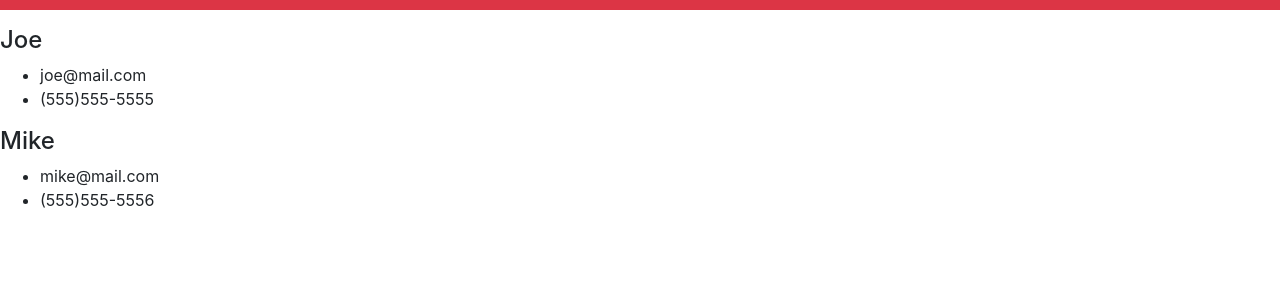
Repository: MikeTroianello/Contact-Manager
Page: /contact/add
These files come from the project's save history. The page is drawn as it stood at one moment and after the next save; the edit follows.
The browser window is 1280 px wide. The pictures show the whole page.
The project was rebuilt for these pictures with package versions that can differ from the ones it lists, and the page was loaded fresh each time. Also part of the build but not shown: src/App.css.

Above is the page before, as saved 2019-05-19 00:27:08.

### src/App.js
import React from "react";
import Contact from "./components/Contact";
import Header from "./components/Header";

import "bootstrap/dist/css/bootstrap.min.css";
import "./App.css";

function App() {
  return (
    <div className="App">
      <Header branding="The Contact Manager" />
      <Contact name="Joe" email="joe@mail.com" phone="(555)555-5555" />
      <Contact name="Mike" email="mike@mail.com" phone="(555)555-5556" />
    </div>
  );
}

export default App;

### src/components/Contact.js
import React, { Component } from "react";
import PropTypes from "prop-types";

class Contact extends Component {
  render() {
    const { name, email, phone } = this.props;
    return (
      <div>
        <h4>{name}</h4>
        <ul>
          <li>{email}</li>
          <li>{phone}</li>
        </ul>
      </div>
    );
  }
}

Contact.propTypes = {
  name: PropTypes.string.isRequired,
  email: PropTypes.string.isRequired,
  phone: PropTypes.string.isRequired
};

export default Contact;

### src/components/Header.js
import React from "react";
import PropTypes from "prop-types";

const Header = props => {
  const { branding } = props;
  return (
    <nav className="navbar navbar-expand-sm navbar-dark bg-danger mb-3 py-0">
      <div className="container">
        <a href="/" className="navbar-brand" />
      </div>
    </nav>
  );
};

Header.defaultProps = {
  branding: "My App"
};

Header.propTypes = {
  branding: PropTypes.string.isRequired
};

export default Header;

Loaded but not shown: src/index.js (common file); src/serviceWorker.js (common file)

After the next save:
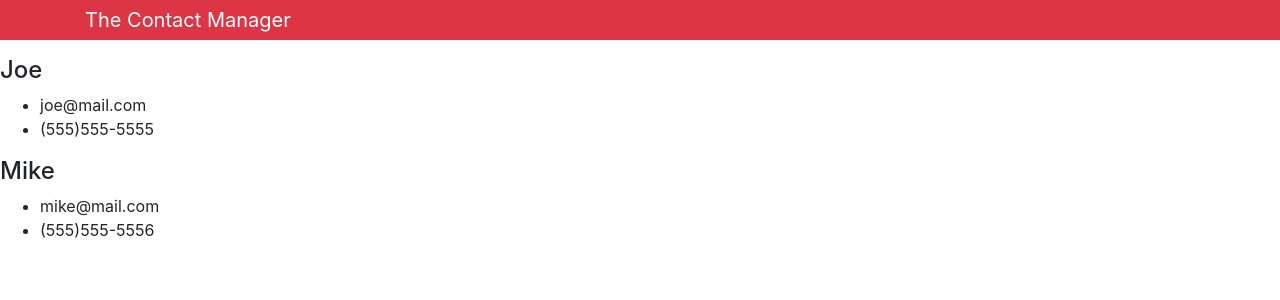
Saved 76 s later.
--- a/src/components/Header.js
+++ b/src/components/Header.js
@@ -6,7 +6,12 @@ const Header = props => {
   return (
     <nav className="navbar navbar-expand-sm navbar-dark bg-danger mb-3 py-0">
       <div className="container">
-        <a href="/" className="navbar-brand" />
+        <a href="/" className="navbar-brand">
+          {branding}
+        </a>
+        <div>
+          <ul className="navbar-nav mr-auto" />
+        </div>
       </div>
     </nav>
   );
